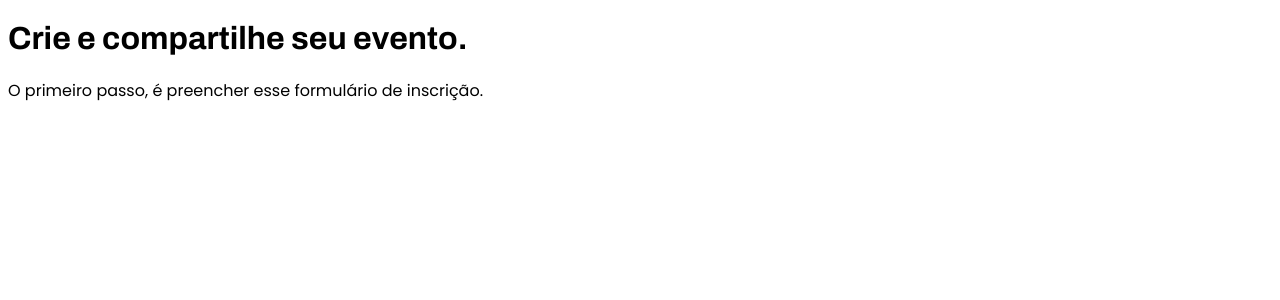
Repository: devMuriloOliveira/Formulario
Page: index.html
An editor plug-in stored every save of this project. The page is shown before and after the next save, followed by the edit.
The browser window is 1280 px wide. The pictures show the whole page.

Above is the page before, as saved 2023-10-30 19:24:15.

### index.html
<!DOCTYPE html>
<html lang="en">
  <head>
    <link rel="preconnect" href="https://fonts.googleapis.com" />
    <link rel="preconnect" href="https://fonts.gstatic.com" crossorigin />
    <meta charset="UTF-8" />
    <meta name="viewport" content="width=device-width, initial-scale=1.0" />
    <title>Crie seu evento</title>
    <link rel="stylesheet" href="style.css" />

    <link
      href="https://fonts.googleapis.com/css2?family=Archivo:wght@600;700&family=Poppins&display=swap"
      rel="stylesheet"
    />
  </head>
  <body>
    <header>
      <h1>Crie e compartilhe seu evento.</h1>
      <p>O primeiro passo, é preencher esse formulário de inscrição.</p>
    </header>

    <form action=""></form>
  </body>
</html>

### style.css
h1{
  font-family: 'Archivo', sans-serif;
  font-weight: bold;
}

body{

  font-family: 'Poppins', sans-serif;
}

After the next save:
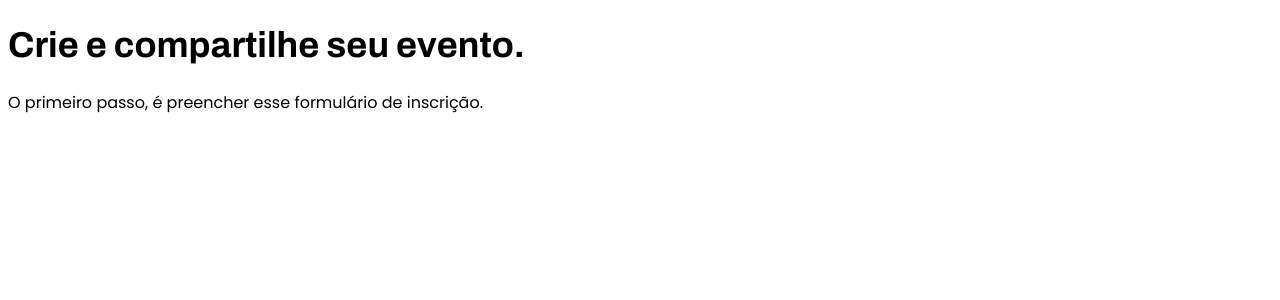
Saved 65 s later.
--- a/style.css
+++ b/style.css
@@ -1,6 +1,9 @@
 h1{
   font-family: 'Archivo', sans-serif;
   font-weight: bold;
+
+  font-size: 36px;
+  line-height: 42px;
 }
 
 body{
